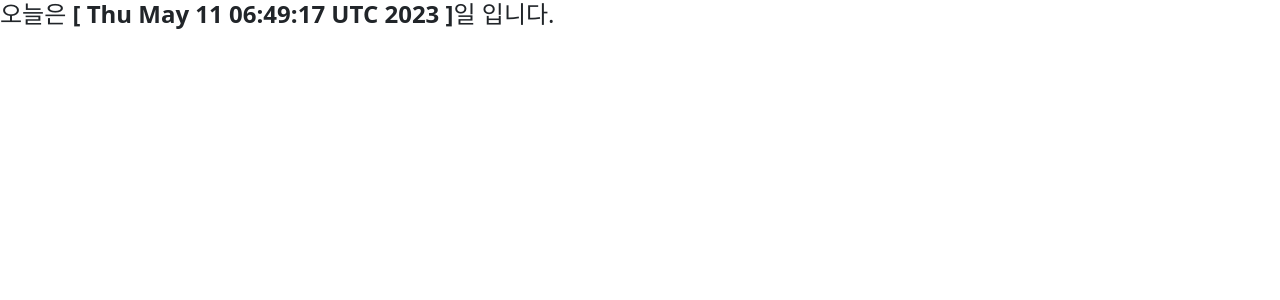
Repository: yeobleeme/06_jsp_basic
Page: http://localhost/jsp01_basic/jsp12_customtag/jsp02_now.jsp
The author's editor kept a copy of each file at every save. The page is drawn from the files as they stood at one save, then again after the next save.
The browser window is 1280 px wide. The pictures show the whole page.
The page is served by Tomcat 9.

Above is the page before, as saved 2023-05-15 06:39:28.

After the next save:
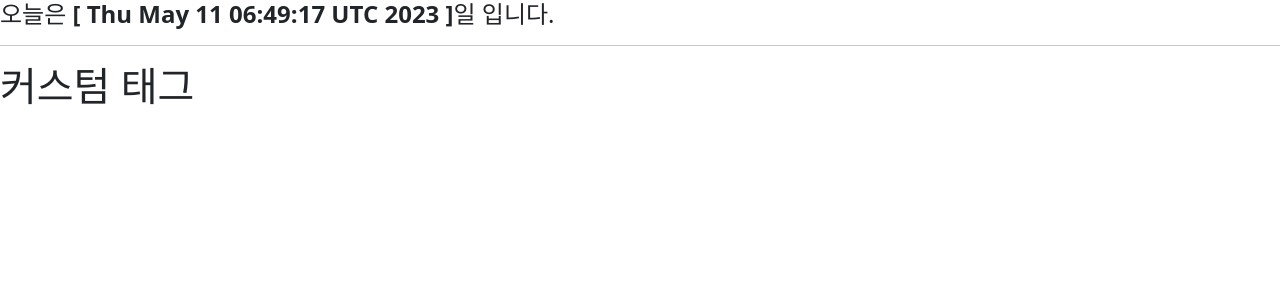
Saved 6 min 42 s later.
--- a/jsp01_basic/WebContent/jsp12_customtag/jsp02_now.jsp
+++ b/jsp01_basic/WebContent/jsp12_customtag/jsp02_now.jsp
@@ -13,5 +13,8 @@
 <body>
 	<c:set var="now" value="<%= new java.util.Date() %>"/>
 	<h4>오늘은 <b>[ ${ now } ]</b>일 입니다.</h4>
+	<hr />
+
+	<h1>커스텀 태그</h1>
 </body>
 </html>
